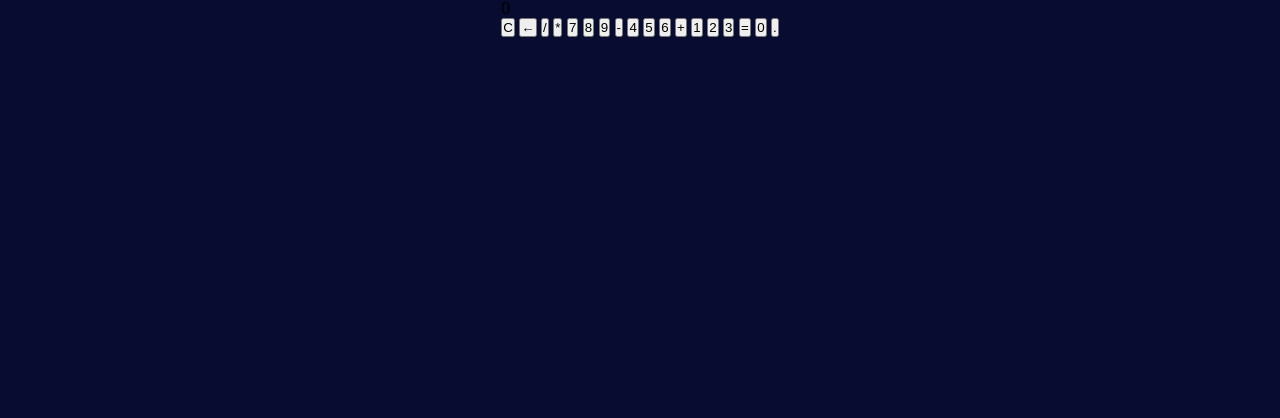
Repository: Herinyhert/Calculator
Page: index.html
These files come from the project's save history. The page is drawn as it stood at one moment and after a run of saves; the edit follows.
The browser window is 1280 px wide. The pictures show the whole page.

Above is the page before, as saved 2023-05-21 20:37:49.

### index.html
<html lang="en">
<head>
    <meta charset="UTF-8">
    <meta http-equiv="X-UA-Compatible" content="IE=edge">
    <meta name="viewport" content="width=device-width, initial-scale=1.0">
    <title>Calculator</title>
    <link rel="stylesheet" href="./css/main.css">
</head>
<body>
    <div class="calcularot">
        <div class="window">0</div>
        <button id="c" class="btn">C</button>
        <button id="delete"class="btn">←</button>
        <button class="btn">/</button>
        <button class="btn">*</button>
        <button class="btn">7</button>
        <button class="btn">8</button>
        <button class="btn">9</button>
        <button class="btn">-</button>
        <button class="btn">4</button>
        <button class="btn">5</button>
        <button class="btn">6</button>
        <button class="btn">+</button>
        <button class="btn">1</button>
        <button class="btn">2</button>
        <button class="btn">3</button>
        <button id="equal" class="btn">=</button>
        <button id="cero" class="btn">0</button>
        <button class="btn">.</button>
    </div>

    <script src="./JS/main.js"></script>
</body>
</html>

### css/main.css
*{
    margin: 0;
    padding: 0;
    box-sizing: border-box;
    font-family: sans-serif;
}

body{
    min-height: 100vh;
    background-color: #090c31;
    display: flex;
    justify-content: center;
    ala
}

Loaded but not shown: JS/main.js (no stored copy; drawn as an empty file)

After the next 3 saves:
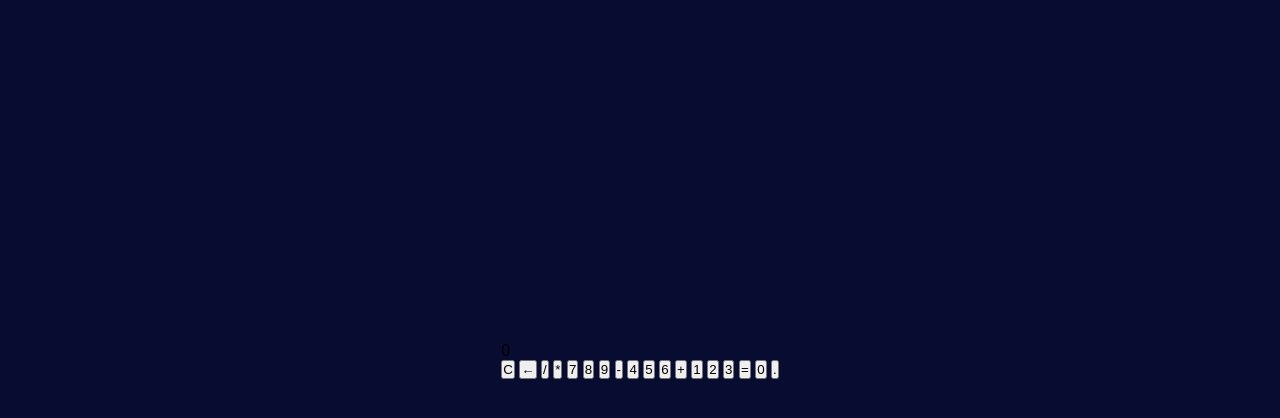
The 3 saves are shown as one change because they came seconds apart.
The last was saved 6 s later.
--- a/css/main.css
+++ b/css/main.css
@@ -10,5 +10,5 @@ body{
     background-color: #090c31;
     display: flex;
     justify-content: center;
-    ala
+    align-items: center;
 }
